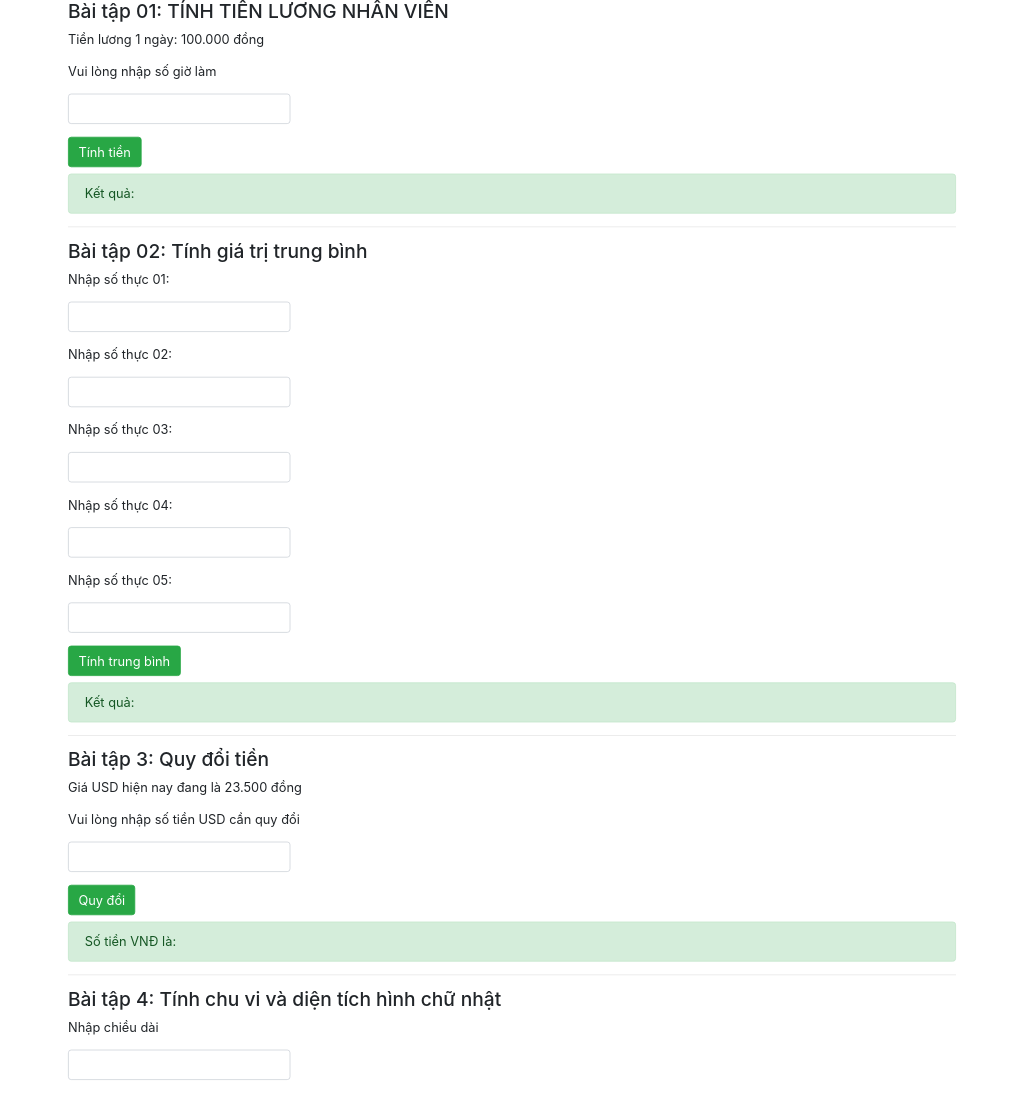
Repository: ducdatit2002/javascript-tinh-day13
Page: index.html
The author's editor kept a copy of each file at every save. The page is drawn from the files as they stood at one save, then again after a run of saves.
The browser window is 1280 px wide. The pictures show the whole page, at 80% of full size.

Above is the page before, as saved 2023-08-14 00:31:39.

### index.html
<!DOCTYPE html>
<html lang="en">
  <head>
    <title>Bài tập JS Buổi 13</title>
    <!-- Required meta tags -->
    <meta charset="utf-8" />
    <meta
      name="viewport"
      content="width=device-width, initial-scale=1, shrink-to-fit=no"
    />

    <!-- Bootstrap CSS -->
    <link
      rel="stylesheet"
      href="https://stackpath.bootstrapcdn.com/bootstrap/4.3.1/css/bootstrap.min.css"
      integrity="sha384-ggOyR0iXCbMQv3Xipma34MD+dH/1fQ784/j6cY/iJTQUOhcWr7x9JvoRxT2MZw1T"
      crossorigin="anonymous"
    />
  </head>
  <body>
    <div class="container">
      <!-- Bài 1: TÍNH TIỀN LƯƠNG NHÂN VIÊN -->
      <div class="form-group">
        <h4>Bài tập 01: TÍNH TIỀN LƯƠNG NHÂN VIÊN</h4>
        <div class="form-group">
          <p>Tiền lương 1 ngày: 100.000 đồng</p>
        </div>
        <div class="form-group">
          <p>Vui lòng nhập số giờ làm</p>
          <input id="soGioLam" class="form-control w-25" />
        </div>
        <button
          onclick="tinhTongLuong()"
          id="btnTinhTien"
          class="btn btn-success"
        >
          Tính tiền
        </button>
        <div class="mt-2 alert alert-success">
          Kết quả: <span id="tongLuong"></span>
        </div>
      </div>
      <hr />
      <!-- Bài 2: TÍNH GIÁ TRỊ TRUNG BÌNH -->
      <div class="form-group">
        <h4>Bài tập 02: Tính giá trị trung bình</h4>
        <div class="form-group">
          <p>Nhập số thực 01:</p>
          <input id="sothuc01" class="form-control w-25" />
        </div>
        <div class="form-group">
          <p>Nhập số thực 02:</p>
          <input id="sothuc02" class="form-control w-25" />
        </div>
        <div class="form-group">
          <p>Nhập số thực 03:</p>
          <input id="sothuc03" class="form-control w-25" />
        </div>
        <div class="form-group">
          <p>Nhập số thực 04:</p>
          <input id="sothuc04" class="form-control w-25" />
        </div>
        <div class="form-group">
          <p>Nhập số thực 05:</p>
          <input id="sothuc05" class="form-control w-25" />
        </div>
        <button
          onclick="tinhTrungBinh()"
          id="btnTrungBinh"
          class="btn btn-success"
        >
          Tính trung bình
        </button>
        <div class="mt-2 alert alert-success">
          Kết quả: <span id="trungBinh"></span>
        </div>
      </div>
      <hr />
      <!-- Bài 3: QUY ĐỔI TIỀN -->
      <div class="form-group">
        <h4>Bài tập 3: Quy đổi tiền</h4>
        <div class="form-group">
          <p>Giá USD hiện nay đang là 23.500 đồng</p>
        </div>
        <div class="form-group">
          <p>Vui lòng nhập số tiền USD cần quy đổi</p>
          <input id="soUSD" class="form-control w-25" />
        </div>
        <button onclick="tinhUSD()" id="btnUSD" class="btn btn-success">
          Quy đổi
        </button>
        <div class="mt-2 alert alert-success">
          Số tiền VNĐ là: <span id="tongUSD"></span>
        </div>
      </div>
      <hr>
      <!-- BÀI 4: TÍNH CHU VI VÀ DIỆN TÍCH HÌNH CHỮ NHẬT -->
      <div class="form-group">
        <h4>Bài tập 4: Tính chu vi và diện tích hình chữ nhật</h4>
        <div class="form-group">
          <div class="form-group">
          <p>Nhập chiều dài</p>
          <input id="soUSD" class="form-control w-25" />
        </div>
        </div>
      </div>
    </div>

    <!-- Optional JavaScript -->
    <!-- jQuery first, then Popper.js, then Bootstrap JS -->
    <script
      src="https://code.jquery.com/jquery-3.3.1.slim.min.js"
      integrity="sha384-q8i/X+965DzO0rT7abK41JStQIAqVgRVzpbzo5smXKp4YfRvH+8abtTE1Pi6jizo"
      crossorigin="anonymous"
    ></script>
    <script
      src="https://cdnjs.cloudflare.com/ajax/libs/popper.js/1.14.7/umd/popper.min.js"
      integrity="sha384-UO2eT0CpHqdSJQ6hJty5KVphtPhzWj9WO1clHTMGa3JDZwrnQq4sF86dIHNDz0W1"
      crossorigin="anonymous"
    ></script>
    <script
      src="https://stackpath.bootstrapcdn.com/bootstrap/4.3.1/js/bootstrap.min.js"
      integrity="sha384-JjSmVgyd0p3pXB1rRibZUAYoIIy6OrQ6VrjIEaFf/nJGzIxFDsf4x0xIM+B07jRM"
      crossorigin="anonymous"
    ></script>
    <script src="./index.js"></script>
  </body>
</html>

### index.js
// BÀI 1: TÍNH TIỀN LƯƠNG NHÂN VIÊN
function tinhTongLuong() {
  //input: tienluong1h, so gio lam:number
  var tienLuong = 100000;
  var soGioLam = document.getElementById("soGioLam").value;
  //Kiểm tra input
  // console.log(tienLuong);
  // console.log(soGioLam);

  let tongLuong = 0;

  //progress
  tongLuong = tienLuong * soGioLam;

  document.getElementById("tongLuong").innerHTML = tongLuong.toLocaleString();
}

// BÀI 2: TÍNH TRUNG BÌNH 5 SỐ THỰC
function tinhTrungBinh() {
  // Lấy giá trị của 5 số từ các phần tử input
  var sothuc01 = parseFloat(document.getElementById("sothuc01").value);
  var sothuc02 = parseFloat(document.getElementById("sothuc02").value);
  var sothuc03 = parseFloat(document.getElementById("sothuc03").value);
  var sothuc04 = parseFloat(document.getElementById("sothuc04").value);
  var sothuc05 = parseFloat(document.getElementById("sothuc05").value);

  // Tính giá trị trung bình
  var trungBinh = (sothuc01 + sothuc02 + sothuc03 + sothuc04 + sothuc05) / 5;

  // Hiển thị kết quả trung bình
  document.getElementById("trungBinh").innerHTML = trungBinh.toLocaleString();
}

// BÀI 3: QUY ĐỔI USD TO VNĐ
function tinhUSD() {
    //Lấy giá trị 1 USD, số USD
    var USD = 23500;
    var soUSD = document.getElementById("soUSD").value;
    let tongUSD = 0;

    // Tính tổng só USD
    tongUSD = USD * soUSD;

    //Hiển thị kết quả
      document.getElementById("tongUSD").innerHTML = tongUSD.toLocaleString();
}

After the next 2 saves:
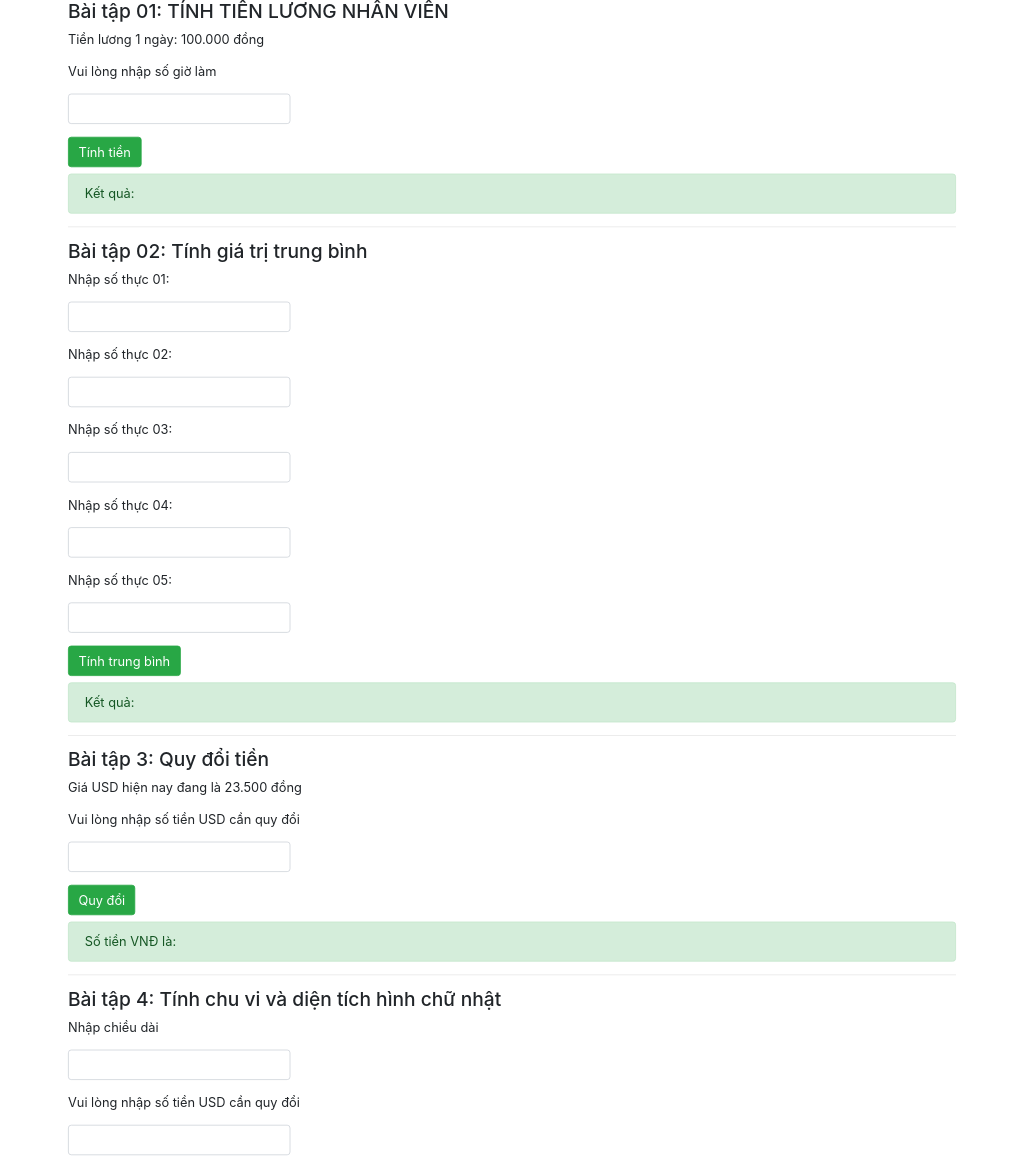
The 2 saves are shown as one change because they came seconds apart.
The last was saved 8 s later.
--- a/index.html
+++ b/index.html
@@ -100,6 +100,10 @@
         <div class="form-group">
           <div class="form-group">
           <p>Nhập chiều dài</p>
+          <input id="chieuDai" class="form-control w-25" />
+        </div>
+        <div class="form-group">
+          <p>Vui lòng nhập số tiền USD cần quy đổi</p>
           <input id="soUSD" class="form-control w-25" />
         </div>
         </div>
